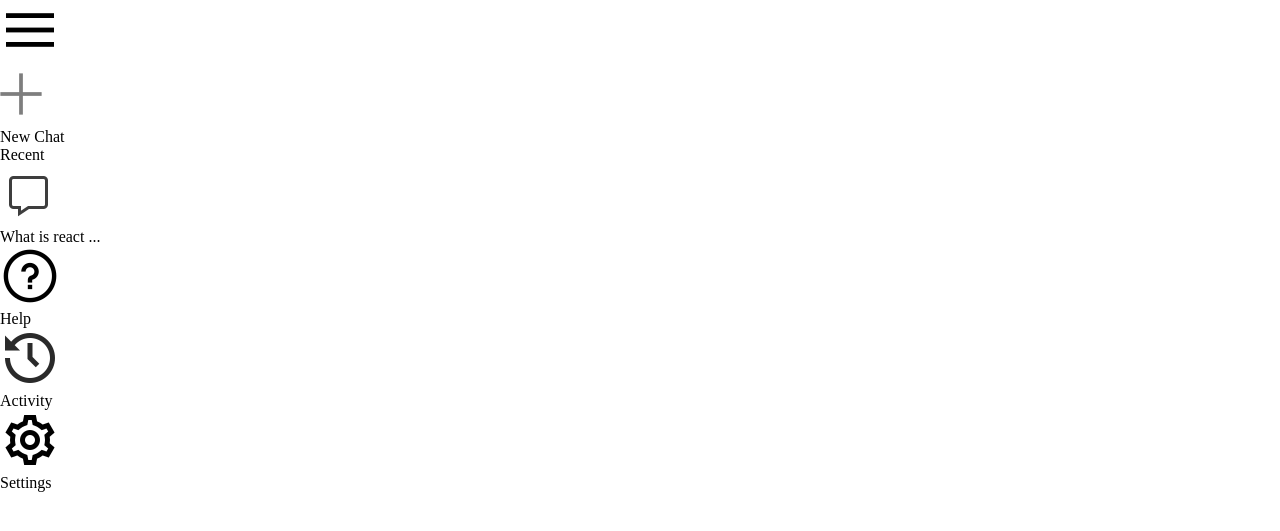
Repository: diyorbe-beep/GhostAi
Page: /
The author's editor kept a copy of each file at every save. The page is drawn from the files as they stood at one save, then again after a run of saves.
The browser window is 1280 px wide. The pictures show the whole page.
The project was rebuilt for these pictures with package versions that can differ from the ones it lists, and the page was loaded fresh each time. Also part of the build but not shown: vite.config.js.

Above is the page before, as saved 2025-08-31 11:39:14.

After the next 3 saves:
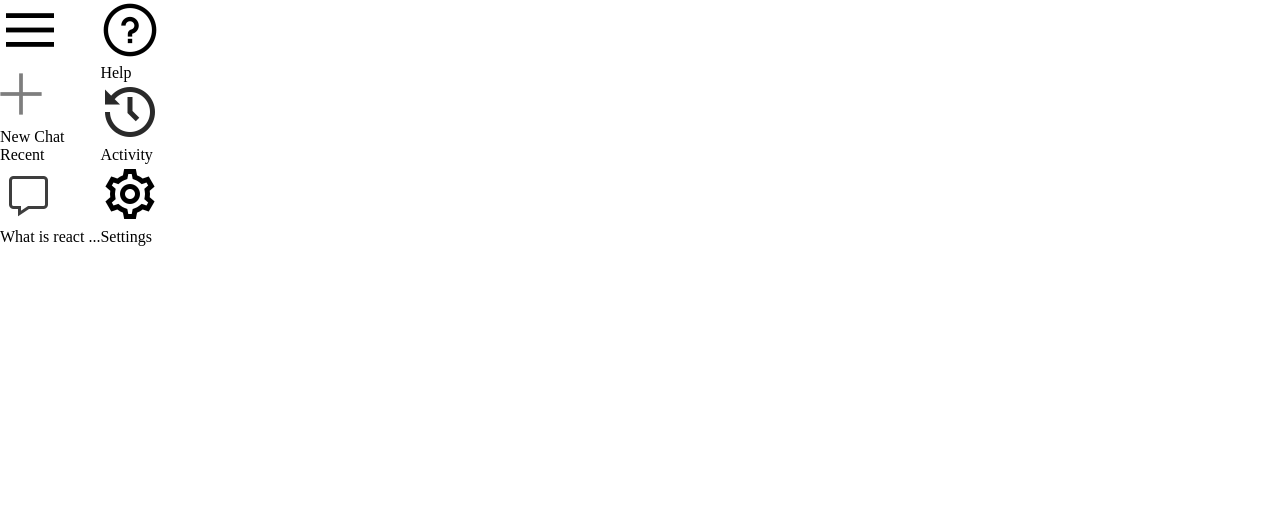
The 3 saves are shown as one change because they came seconds apart.
The last was saved 8 s later.
--- a/src/components/sidebar/sidebar.css
+++ b/src/components/sidebar/sidebar.css
@@ -1,3 +1,4 @@
 .sidebar{
     min-width: 100vh;
+    display: inline-flex;
 }

After the 3 saves that followed:
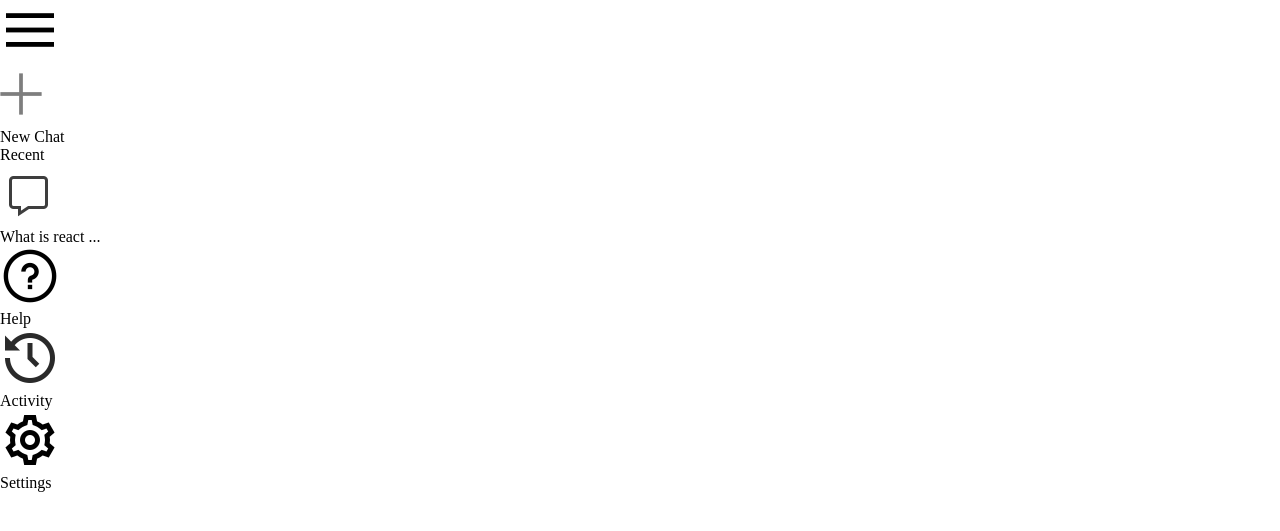
The 3 saves are shown as one change because they came seconds apart.
The last was saved 10 s later.
--- a/src/components/sidebar/sidebar.css
+++ b/src/components/sidebar/sidebar.css
@@ -1,4 +1,5 @@
 .sidebar{
     min-width: 100vh;
     display: inline-flex;
+    flex-direction: column;
 }
